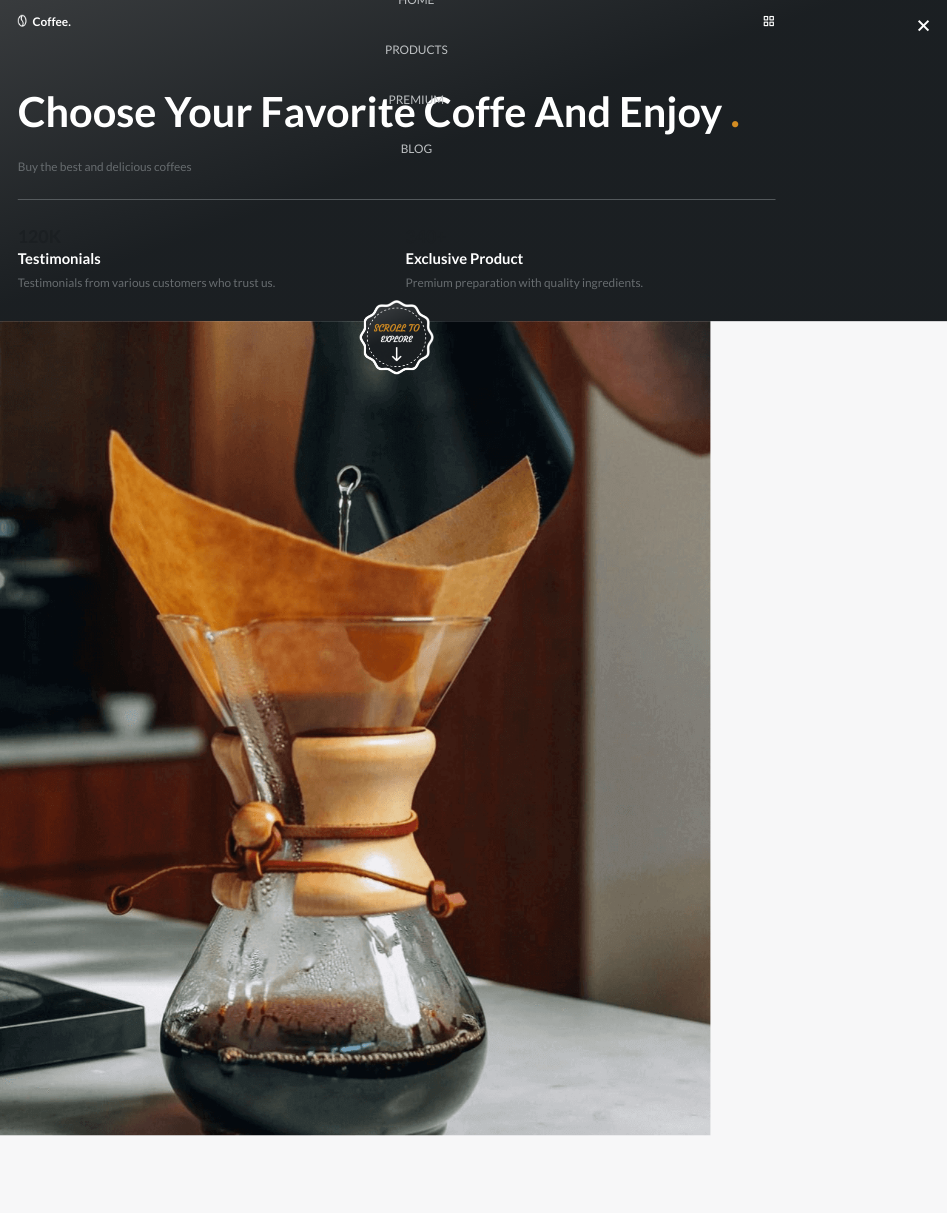
Repository: phong121020/coffee-responsive
Page: index.html
The author's editor kept a copy of each file at every save. The page is drawn from the files as they stood at one save, then again after the next save.
The browser window is 1280 px wide. The pictures show the whole page, at 74% of full size.

Above is the page before, as saved 2022-03-06 18:43:44.

### index.html
<!DOCTYPE html>
<html lang="en">
  <head>
    <meta charset="UTF-8" />
    <meta http-equiv="X-UA-Compatible" content="IE=edge" />
    <meta name="viewport" content="width=device-width, initial-scale=1.0" />
    <!-- link -->
    <link rel="stylesheet" href="./assets/css/style.css" />
    <!-- favicon -->
    <link
      rel="shortcut icon"
      href="./assets/img/favicon.png"
      type="image/x-icon"
    />
    <title>Document</title>
    <!-- boxicon -->
    <link
      href="https://unpkg.com/boxicons@2.1.1/css/boxicons.min.css"
      rel="stylesheet"
    />
  </head>
  <body>
    <!-- HEADER -->
    <header class="header" id="header">
      <nav class="nav container">
        <a href="#" class="nav__logo">
          <img src="./assets/img/logo.png" alt="" class="nav__logo-img" />
          Coffee.
        </a>
        <div class="nav__menu" id="nav-menu">
          <ul class="nav__list">
            <li class="nav__item">
              <a href="#home" class="nav__link">Home</a>
            </li>
            <li class="nav__item">
              <a href="#products" class="nav__link">Products</a>
            </li>
            <li class="nav__item">
              <a href="#premium" class="nav__link">Premium</a>
            </li>
            <li class="nav__item">
              <a href="#blog" class="nav__link">Blog</a>
            </li>
          </ul>
          <div class="nav__close" id="nav-close">
            <i class="bx bx-x"></i>
          </div>
        </div>
        <!-- Toggle button -->
        <div class="nav__toggle" id="nav-toggle">
          <i class="bx bx-grid-alt"></i>
        </div>
      </nav>
    </header>
    <!-- MAIN -->
    <main>
      <!-- HOME -->
      <section class="home grid" id="home">
        <div class="home__container">
          <div class="home__content container">
            <h1 class="home__title">
              Choose Your Favorite Coffe And Enjoy <span>.</span>
            </h1>
            <p class="home__desc">Buy the best and delicious coffees</p>
            <div class="home__data">
              <div class="home__data-group">
                <h2 class="home__data-number">120K</h2>
                <h3 class="home__data-title">Testimonials</h3>
                <p class="home__data-desc">
                  Testimonials from various customers who trust us.
                </p>
              </div>
              <div class="home__data-group">
                <h2 class="home__data-number">340+</h2>
                <h3 class="home__data-title">Exclusive Product</h3>
                <p class="home__data-desc">
                  Premium preparation with quality ingredients.
                </p>
              </div>
            </div>
            <a href="#specialty">
              <img src="./assets/img/scroll.png" alt="" class="home__scroll" />
            </a>
          </div>
        </div>
        <img src="./assets/img/home.png" alt="" class="home__img" />
      </section>
      <!-- ESPECIALTY-->
      <div class="specialty section container">
        <div class="specialty__container"></div>
      </div>
    </main>
    <!-- JS -->
    <script src="./assets/js/app.js"></script>
  </body>
</html>

### assets/css/style.css
/*=============== GOOGLE FONTS ===============*/
@import url("https://fonts.googleapis.com/css2?family=Lato:wght@400;700&display=swap");

/*=============== VARIABLES CSS ===============*/
:root {
  --header-height: 3.5rem;

  /*========== Colors ==========*/
  --first-color: hsl(36, 72%, 48%);
  --first-color-alt: hsl(36, 72%, 44%);
  --black-color: hsl(206, 12%, 12%);
  --card-color: hsl(0, 0%, 90%);
  --title-color: hsl(206, 12%, 12%);
  --text-color: hsl(206, 4%, 42%);
  --text-color-light: hsl(206, 4%, 75%);
  --body-color: hsl(206, 4%, 97%);
  --container-color: #fff;

  /*========== Font and typography ==========*/
  --body-font: "Lato", sans-serif;
  --biggest-font-size: 2.25rem;
  --h1-font-size: 1.5rem;
  --h2-font-size: 1.25rem;
  --h3-font-size: 1rem;
  --normal-font-size: 0.938rem;
  --small-font-size: 0.813rem;
  --smaller-font-size: 0.75rem;

  /*========== Font weight ==========*/
  --font-bold: 700;

  /*========== z index ==========*/
  --z-tooltip: 10;
  --z-fixed: 100;
}

@media screen and (min-width: 968px) {
  :root {
    --biggest-font-size: 3.5rem;
    --h1-font-size: 2.25rem;
    --h2-font-size: 1.5rem;
    --h3-font-size: 1.25rem;
    --normal-font-size: 1rem;
    --small-font-size: 0.875rem;
    --smaller-font-size: 0.813rem;
  }
}

/*=============== BASE ===============*/
* {
  box-sizing: border-box;
  padding: 0;
  margin: 0;
}

html {
  scroll-behavior: smooth;
}

body {
  font-family: var(--body-font);
  font-size: var(--normal-font-size);
  background-color: var(--body-color);
  color: var(--text-color);
}

h1,
h2,
h3 {
  color: var(--title-color);
  font-weight: var(--font-bold);
}

h1,
h2,
h3,
p {
  line-height: 140%;
}

ul {
  list-style: none;
}

a {
  text-decoration: none;
}

img {
  max-width: 100%;
  height: auto;
}

button {
  border: none;
  outline: none;
  cursor: pointer;
}

/*=============== REUSABLE CSS CLASSES ===============*/
.container {
  max-width: 1024px;
  margin-left: 1.5rem;
  margin-right: 1.5rem;
}

.grid {
  display: grid;
  gap: 1.5rem;
}

.section {
  padding: 4.5rem 0 2rem;
}

.section__title {
  position: relative;
  font-size: var(--h1-font-size);
  padding-left: 1.25rem;
  margin-bottom: 2.5rem;
}

.section__title::before {
  content: "";
  position: absolute;
  top: 8px;
  left: 0;
  width: 3px;
  height: 20px;
  background-color: var(--first-color);
}

/* HEADER & NAV */
.header {
  width: 100%;
  background-color: transparent;
  position: fixed;
  top: 0;
  left: 0;
  right: 0;
  z-index: var(--z-fixed);
}
.nav {
  height: var(--header-height);
  display: flex;
  justify-content: space-between;
  align-items: center;
}
.nav__logo,
.nav__toggle {
  color: #fff;
}
.nav__logo {
  display: flex;
  align-items: center;
  justify-content: center;
  column-gap: 0.5rem;
  font-weight: var(--font-bold);
}
.nav__logo-img {
  width: 0.75rem;
}
.nav__toggle {
  display: inline-flex;
  font-size: 1.15rem;
  cursor: pointer;
}

@media screen and (max-width: 767px) {
  .nav__menu {
    position: fixed;
    top: 0;
    right: -100%;
    background-color: var(--black-color);
    width: 100%;
    height: 100%;
    transition: 0.3s;
  }
  .nav__menu.is-show {
    right: 0;
  }
}
.nav__list {
  display: flex;
  flex-direction: column;
  text-align: center;
  row-gap: 3rem;
  padding-top: 9rem;
}
.nav__link {
  text-transform: uppercase;
  color: var(--text-color-light);
  transition: 0.3s;
}
.nav__link:hover {
  color: #fff;
}
.nav__close {
  font-size: 2rem;
  position: absolute;
  top: 1rem;
  right: 1rem;
  color: #fff;
  cursor: pointer;
}
/* HOME */
.home {
  gap: 0;
}
.home__container {
  padding: 7rem 0 2.5rem;
  background: linear-gradient(
    160deg,
    hsla(206, 4%, 24%, 1) -4%,
    hsla(206, 12%, 12%, 1) 46%
  );
}
.home__content {
  position: relative;
}
.home__title,
.home__data-title {
  color: #fff;
}
.home__title {
  font-size: var(--biggest-font-size);
  margin-bottom: 1.5rem;
}
.home__title span {
  color: var(--first-color);
}
.home__desc {
  margin-bottom: 2rem;
}
.home__data {
  border-top: 1px solid var(--text-color);
  padding-top: 2rem;
  display: grid;
  grid-template-columns: repeat(2, 1fr);
  column-gap: 1.5rem;
}
.home__data-title {
  font-size: var(--h3-font-size);
  margin-bottom: 0.5rem;
}
.home__scroll {
  position: absolute;
  width: 100px;
  bottom: -7rem;
  left: 0;
  right: 0;
  margin: 0 auto;
  animation: scroll 3s infinite;
}
/* SCROLL IMAGE ANIMATE */
@keyframes scroll {
  0% {
    transform: translateY(0);
  }
  50% {
    transform: translateY(-0.5rem);
  }
  100% {
    transform: translateY(0);
  }
}
/* CHANGE BACKGROUND HEADER */
.scroll-header {
  background-color: var(--body-color);
  box-shadow: 0 1px 4px hsla(0, 4%, 15%, 0.1);
}
.scroll-header .nav__logo,
.scroll-header .nav__toggle {
  color: var(--title-color);
}
.scroll-header .nav__logo-img {
  mix-blend-mode: difference;
}

### assets/js/app.js
// SHOW MENU
const navToggle = document.querySelector(".nav__toggle");
const navMenu = document.querySelector(".nav__menu");
const navClose = document.querySelector(".nav__close");
const navItem = document.querySelectorAll(".nav__item");
// MENU SHOW
if (navToggle) {
  navToggle.addEventListener("click", function () {
    navMenu.classList.add("is-show");
  });
}
//  MENU HIDDEN
if (navClose) {
  navClose.addEventListener("click", function () {
    navMenu.classList.remove("is-show");
  });
}
// REMOVE MENU MOBILE
[...navItem].forEach((item) =>
  item.addEventListener("click", function () {
    navMenu.classList.remove("is-show");
  })
);
//CHANGE BACKGROUND HEADER
function scrollHeader() {
  const header = document.getElementById("header");
  // When the scroll is greater than 50 viewport height, add the scroll-header class to the header tag
  if (this.scrollY >= 50) {
    header.classList.add("scroll-header");
    // console.log(this);
  } else header.classList.remove("scroll-header");
}
window.addEventListener("scroll", scrollHeader);

After the next save:
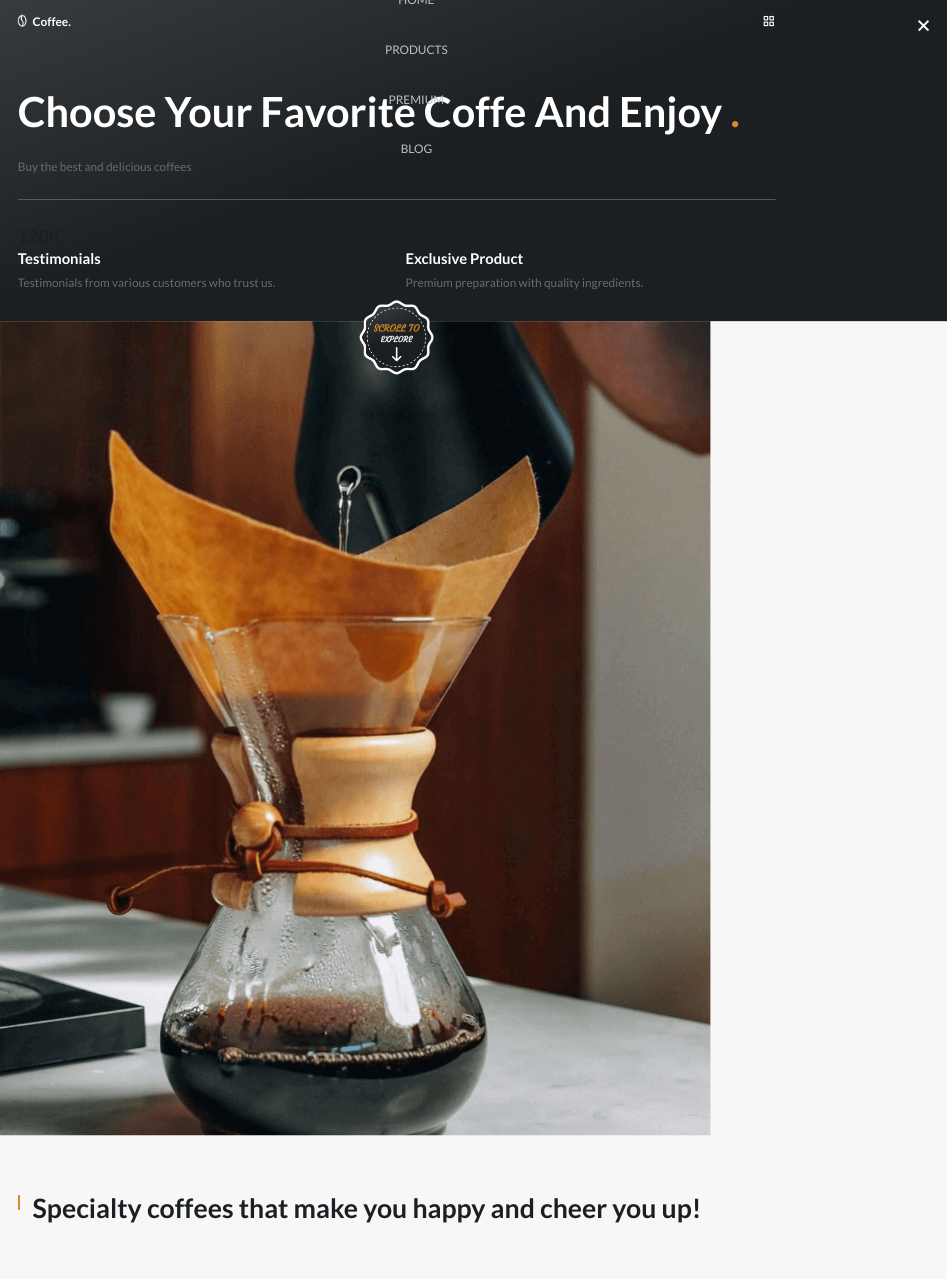
Saved 34 s later.
--- a/index.html
+++ b/index.html
@@ -87,7 +87,11 @@
       </section>
       <!-- ESPECIALTY-->
       <div class="specialty section container">
-        <div class="specialty__container"></div>
+        <div class="specialty__container">
+          <h2 class="section__title">
+            Specialty coffees that make you happy and cheer you up!
+          </h2>
+        </div>
       </div>
     </main>
     <!-- JS -->
